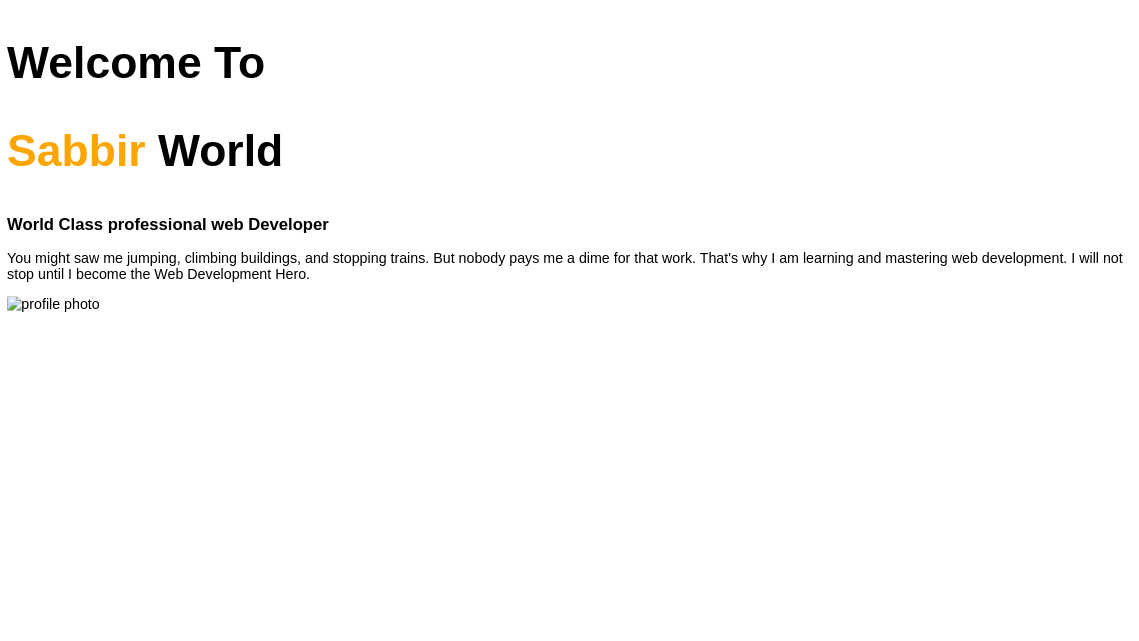
Repository: sabbircse3/web-protfolio
Page: index.html
These files come from the project's save history. The page is drawn as it stood at one moment and after the next save; the edit follows.
The browser window is 1280 px wide. The pictures show the whole page, at 89% of full size.

Above is the page before, as saved 2021-01-04 09:21:44.
Not found: image/sabbir1.png

### index.html
<!DOCTYPE html>
<html lang="en">
<head>
    <meta charset="UTF-8">
    <meta name="viewport" content="width=device-width, initial-scale=1.0">
    <title>Sabbir web-portfolio</title>
    <link rel="preconnect" href="https://fonts.gstatic.com">
    <link href="https://fonts.googleapis.com/css2?family=Montserrat&display=swap" rel="stylesheet">
    <link rel="stylesheet" href="style.css">
</head>
<body>
    <section>
        <div>
            <h1>Welcome To</h1>
            <h1> <span class="name-highlight">Sabbir</span> World</h1>
            <h3>World Class professional web Developer</h3>
            <p>You might saw me jumping, climbing buildings, and stopping trains. But nobody pays me a dime for that work. That's why I am learning and mastering web development. I will not stop until I become the Web Development Hero.</p>
        </div>
        <div>
            <img src="image/sabbir1.png" alt="profile photo">
        </div>
    </section>

</body>
</html>

### style.css
body{
    font-family: sans-serif;
}
h1{
    font-size: 50px;

}
.name-highlight{
    color: orange;
}

After the next save:
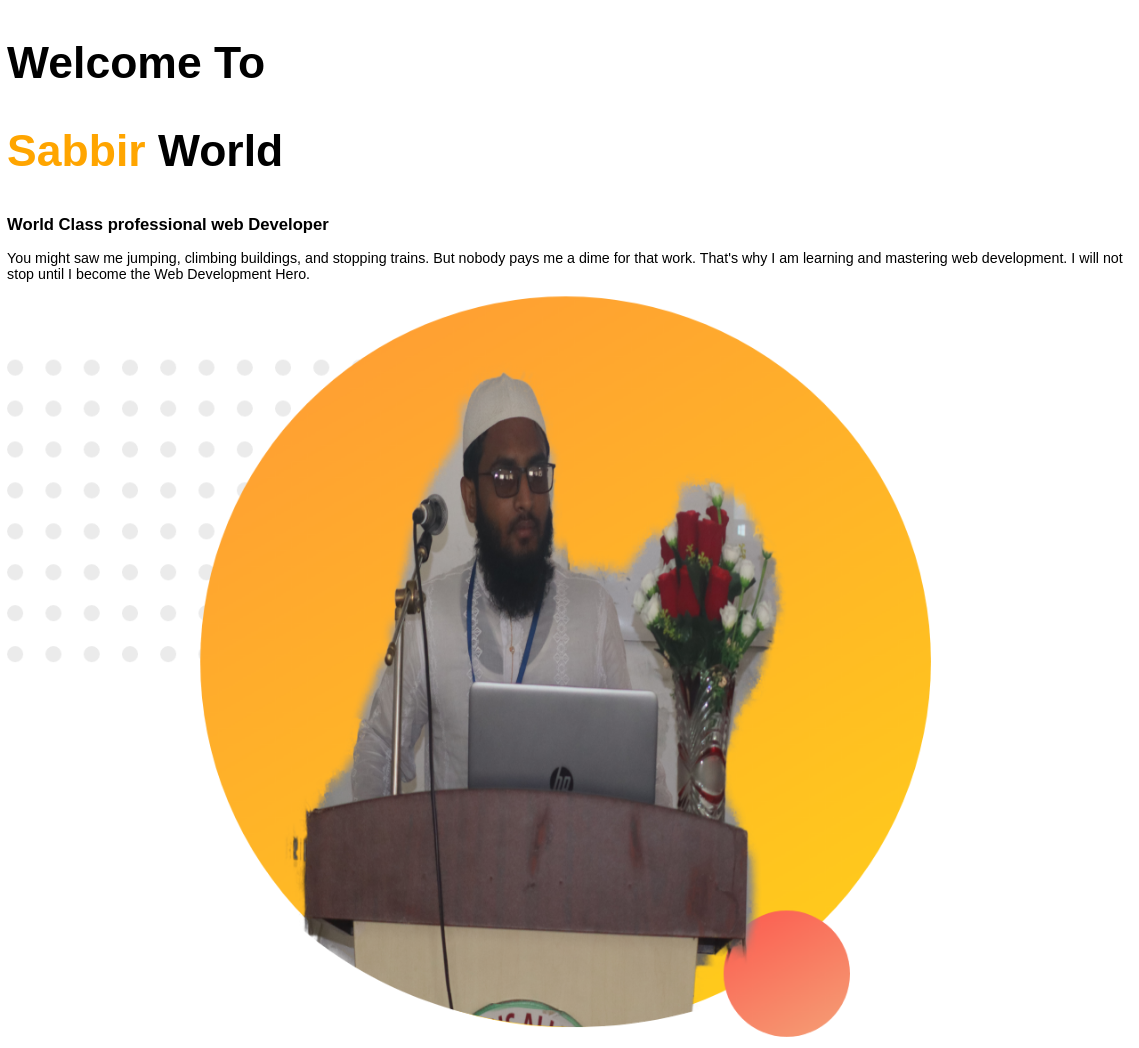
Saved 64 s later.
--- a/index.html
+++ b/index.html
@@ -17,7 +17,7 @@
             <p>You might saw me jumping, climbing buildings, and stopping trains. But nobody pays me a dime for that work. That's why I am learning and mastering web development. I will not stop until I become the Web Development Hero.</p>
         </div>
         <div>
-            <img src="image/sabbir1.png" alt="profile photo">
+            <img src="images/sabbir1.png" alt="profile photo">
         </div>
     </section>
 
